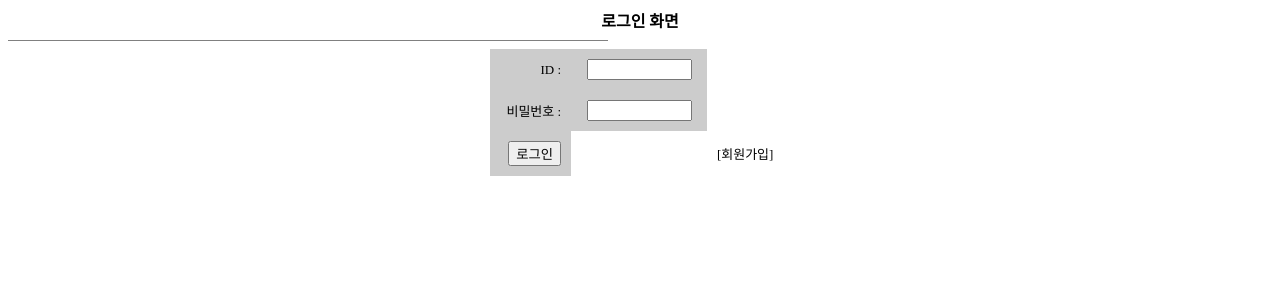
Repository: kalmia26/Capstone
Page: http://localhost/LectureSystem/member.jsp
The author's editor kept a copy of each file at every save. The page is drawn from the files as they stood at one save, then again after the next save.
The browser window is 1280 px wide. The pictures show the whole page.
The page is served by Tomcat 9. Other server files are loaded and not shown.

Above is the page before, as saved 2017-05-24 05:14:42.

### LectureSystem/WebContent/member.jsp
<%@ page language="java" contentType="text/html; charset=EUC-KR"
    pageEncoding="EUC-KR"%>
<!DOCTYPE html PUBLIC "-//W3C//DTD HTML 4.01 Transitional//EN" "http://www.w3.org/TR/html4/loose.dtd">
<html>
<head>
<meta http-equiv="Content-Type" content="text/html; charset=EUC-KR">
<title>Insert title here</title>
<style type="text/css">
<!--
	a:link	{font-family:""; color:black; text-decoration:none;}
	a:visited	{font-family:""; color:black; text-decoration:none;}
	a:hover	{font-family:""; color:black; text-decoration:underline;}
-->
</style>

<script language="JavaScript">
function Check() {
	if(Member.id.value.length < 1) {
		alert("아이디를 입력하세요.");
		Member.id.foucs();
		return false;
	}

	if(Member.pass.value.length < 1) {
		alert("비밀번호를 입력하세요.");
		Member.pass.focus();
		return false;
	}
	Member.submit();
}
</script>

</head>
<body>

<center><font size='3'><b>로그인 화면</b></font></center>

<table border='0' width='600' cellpadding='0' cellspacing='0'>
	<tr>
		<td><hr size='1' noshade>
		</td>
	</tr>
</table>

<form name="Member" Method="post" Action="member_ok.jsp">
	<table align=center width='300' border='0' cellpadding='10' cellspacing='0'>
		<tr>
			<td bgcolor='cccccc' align='right'>
				<font size='2'>ID : </font>
			</td>
			<td bgcolor='cccccc' align='center'>
				<input type=text maxlength=10 size=10 name=UserId>
			</td>
		</tr>
		<tr>
			<td bgcolor='cccccc' align='right'>
				<font size='2'>비밀번호 : </font>
			</td>
			<td bgcolor='cccccc' align='center'>
				<input type='password' maxlength=10 size =10 name=pass>
			</td>
		</tr>
		<tr>
			<td bgcolor='cccccc' align='right'>
				<input onclick='Check()' type='button' value='로그인'>
			<td>
			<td>
				<font size='2'>
				<a href="member_input.jsp">[회원가입]</a></font>
			</td>
		</tr>
	</table>

</form>

</body>
</html>

After the next save:
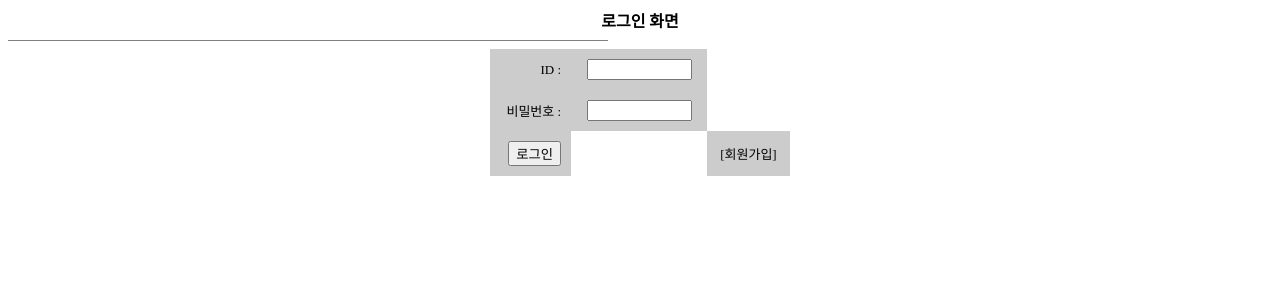
Saved 44 s later.
--- a/LectureSystem/WebContent/member.jsp
+++ b/LectureSystem/WebContent/member.jsp
@@ -64,7 +64,7 @@ function Check() {
 			<td bgcolor='cccccc' align='right'>
 				<input onclick='Check()' type='button' value='로그인'>
 			<td>
-			<td>
+			<td bgcolor='cccccc' align='center'>
 				<font size='2'>
 				<a href="member_input.jsp">[회원가입]</a></font>
 			</td>
